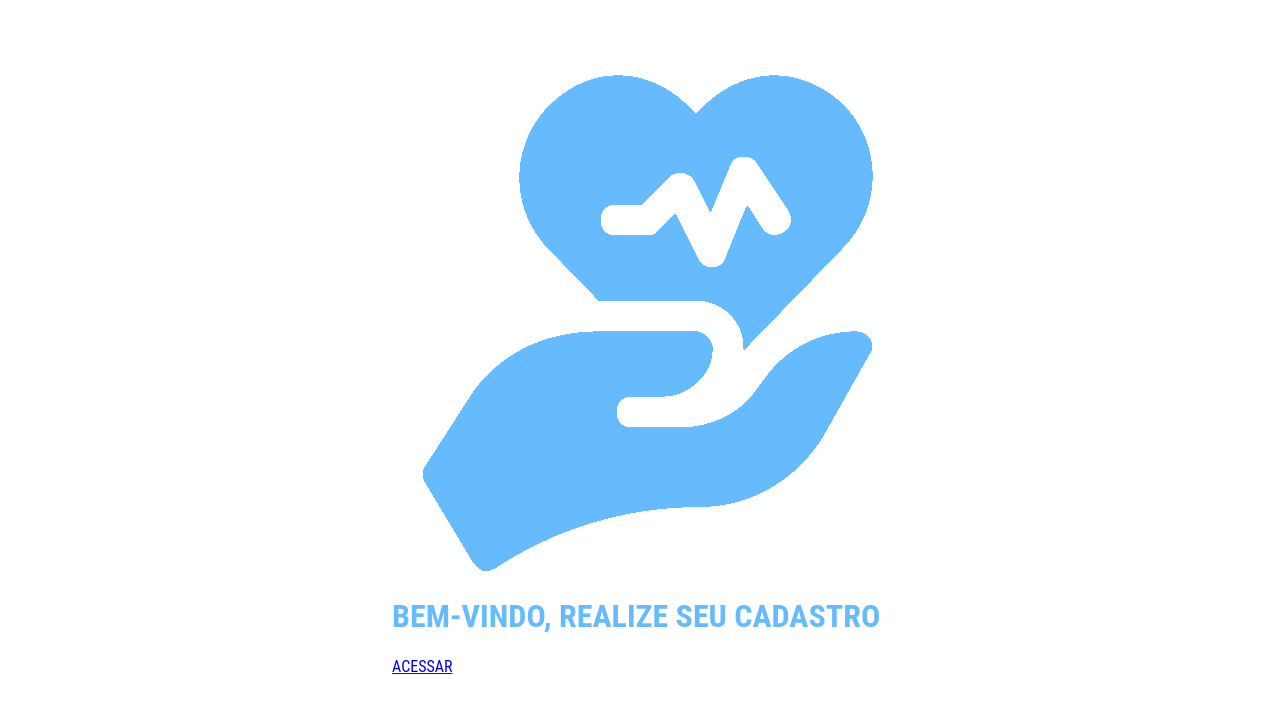
Repository: ohenriquesouza/HospitalCRUD-using-JavaEE
Page: JSP_test/src/main/webapp/index.html
The author's editor kept a copy of each file at every save. The page is drawn from the files as they stood at one save, then again after the next save.
The browser window is 1280 px wide. The pictures show the whole page.
Some web fonts or font styles are not loaded; a fallback is used.

Above is the page before, as saved 2022-12-26 20:07:10.

### JSP_test/src/main/webapp/index.html
<!DOCTYPE html>
<html lang="pt-br">
<head>
    <meta charset="UTF-8">
    <meta http-equiv="X-UA-Compatible" content="IE=edge">
    <meta name="viewport" content="width=device-width, initial-scale=1.0">
    <title>Document</title>
    <link rel="icon" href="imgs/usericon.png">
    <link rel="stylesheet" href="style.css">
</head>
    <body>
    	<img src="imgs/saudeicon.png">
      	<h1>BEM-VINDO, REALIZE SEU CADASTRO</h1>
      	<a href="cadastro.html">ACESSAR</a>
    </body>
</html>

### JSP_test/src/main/webapp/style.css
@charset "utf-8";
@import url('https://fonts.googleapis.com/css2?family=Roboto+Condensed:wght@300&display=swap');
body{
    position: absolute;
    top: 50%;
    left: 50%;
    transform: translate(-50%, -50%);
	font-size: 1em;
	font-weight: 400;
	font-family: 'Roboto Condensed', sans-serif;
}
h1{
	color: #66bbff;
}

After the next save:
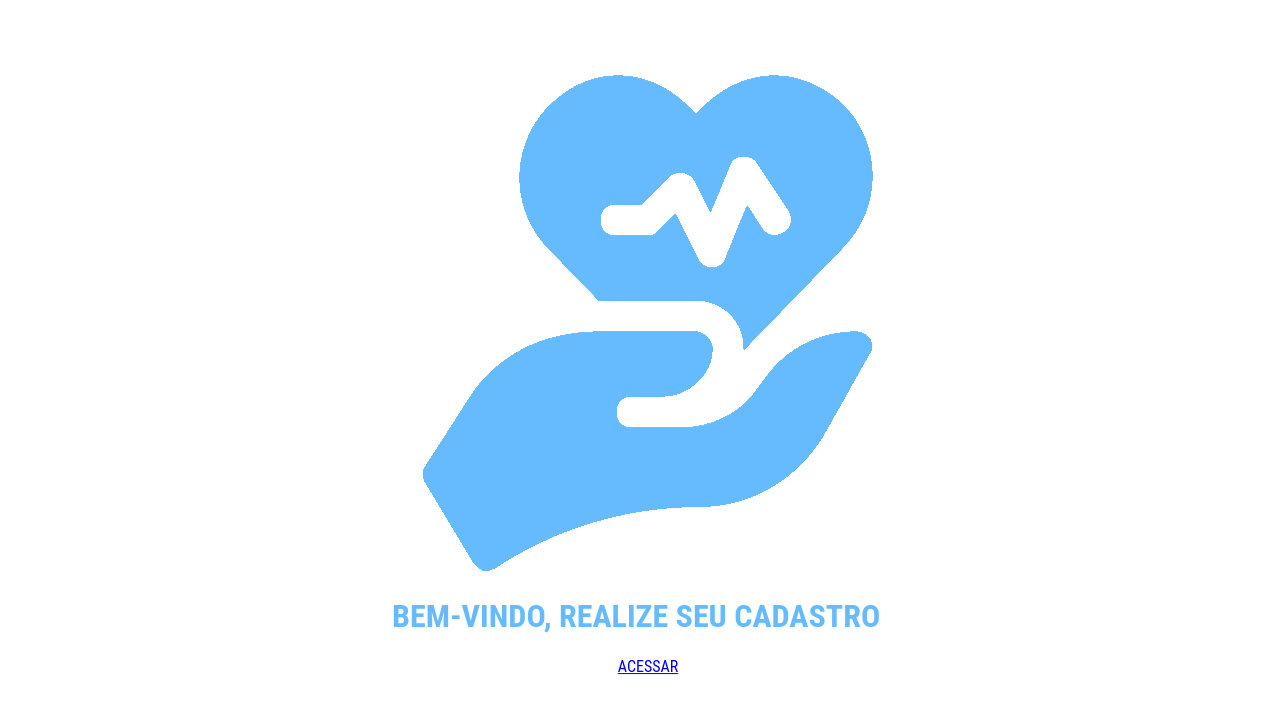
Saved 18 s later.
--- a/JSP_test/src/main/webapp/index.html
+++ b/JSP_test/src/main/webapp/index.html
@@ -11,6 +11,6 @@
     <body>
     	<img src="imgs/saudeicon.png">
       	<h1>BEM-VINDO, REALIZE SEU CADASTRO</h1>
-      	<a href="cadastro.html">ACESSAR</a>
+      	<center><a href="cadastro.html">ACESSAR</a></center>
     </body>
 </html>
